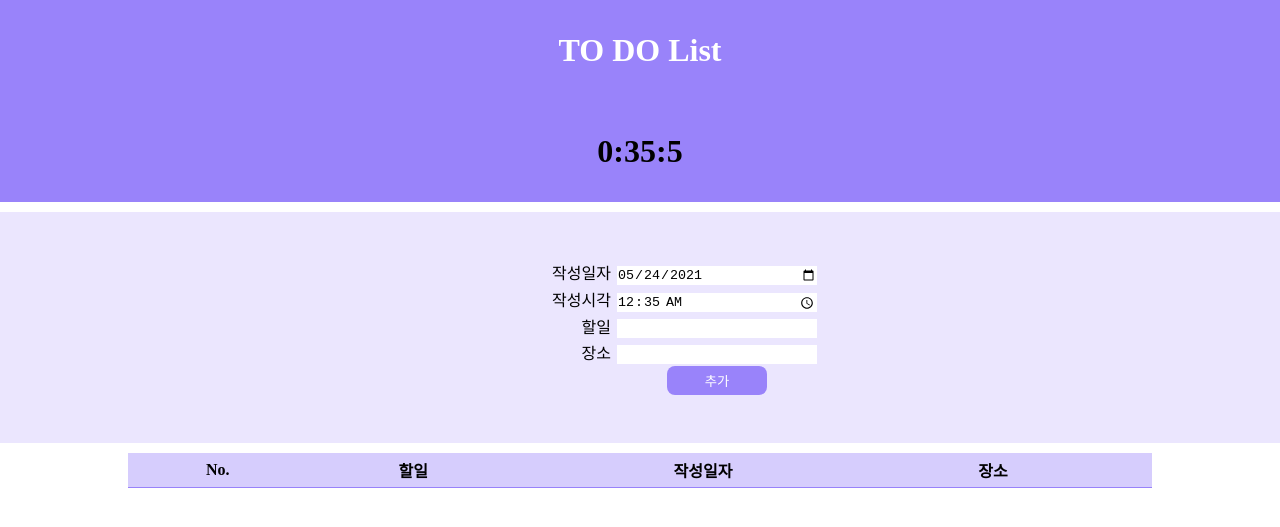
Repository: soyeon-noh/TodoList_Project
Page: http://localhost/Server_PR_TodoList/
An editor plug-in stored every save of this project. The page is shown before and after the next save, followed by the edit.
The browser window is 1280 px wide. The pictures show the whole page.
The page is served by Tomcat 9. Other server files are loaded and not shown. Queries for data that is not in the repository find no rows.

Above is the page before, as saved 2021-05-25 04:31:17.

### Server_PR_TodoList/src/main/webapp/WEB-INF/views/home.jsp
<%@ page language="java" contentType="text/html; charset=UTF-8"
    pageEncoding="UTF-8"%>
<%@ taglib uri="http://java.sun.com/jsp/jstl/core"
			prefix="c"%>
<c:set value="${pageContext.request.contextPath}"
		var="rootPath"/>
<!DOCTYPE html>
<html>
<head>
<meta charset="UTF-8">
<title>TODOList 메인화면</title>
<link href="${rootPath}/static/css/home.css?ver3" rel="stylesheet"/>

<style>

</style>


</head>
  <body>
  	<%@ include file="/WEB-INF/views/include_nav.jsp" %>
    <form class ="v1" method="POST">
    	<div>
    		<label for="date">작성일자</label>
    		<input name="td_date"
    				type="date" value="${TD.td_date}">
    	</div>

    	<div>
    		<label for="time">작성시각</label>
    		<input name="td_time"
    				type="time" value="${TD.td_time}">
    	</div>

    	<div>
    		<label for="todo">할일</label>
    		<input name="td_todo"
    				type="text" value="${TD.td_todo}">
    	</div>

    	<div>
    		<label for="place">장소</label>
    		<input name="td_place"
    				type="text" value="${TD.td_place}">
    	</div>
    	<div>
    		<label></label>
   			<button class="btn_insert">추가</button>
		</div>
    </form>

    <table id="tdlist">
      <tr>
        <th>No.</th>
        <th>할일</th>
        <th>작성일자</th>
        <th>장소</th>
        <th></th>
      </tr>
      <c:forEach items="${TDLIST}" var="TD" varStatus="i">
        <tr>
          <td>${i.count}</td>
          <td>${TD.td_todo}</td>
          <td>${TD.td_date}</td>
          <td>${TD.td_place}</td>
          <td><button class="btn_update" data-seq="${TD.td_seq}" type="button">
          		수정</button>
          		<button class="btn_delete" data-seq="${TD.td_seq}" type="button">
          		삭제</button></td>
        </tr>
      </c:forEach>
    </table>
  </body>

  <script>
  // html 코드가 다 화면에 뜨고 나서 실행하라는 명렁
  // 아래 한 줄의 코드가 있어야 어디든디 script를 넣을 수 있다.
	document.addEventListener("DOMContentLoaded",function(){
		document.querySelector("table#tdlist")
		.addEventListener("click", function(ev){
			let className = ev.target.className

			if(className == "btn_delete"){

				let seq = ev.target.dataset.seq
				alert(seq + " 삭제가 완료되었습니다.");

				document
				.location
				.replace( "${rootPath}" +
						"/UD/delete?td_seq="
						+ seq )

			} else if(className == "btn_update"){

				let seq = ev.target.dataset.seq;

				document
				.location
				.href= "${rootPath}" +
						"/UD/update?td_seq="
						+ seq
			}

		})
	})
  </script>

</html>

### Server_PR_TodoList/src/main/webapp/WEB-INF/views/include_nav.jsp
<%@ page language="java" contentType="text/html; charset=UTF-8"
    pageEncoding="UTF-8"%>

<style>
	* {
		margin: 0;
		padding: 0;
		box-sizing: border-box;
	}

    h1.clock {
        color: black;
        text-align: center;
        background-color: rgba(153, 131, 250, 20);
        padding: 2rem;
    }

</style>
<h1>TO DO List</h1>
<h2 class="date"></h2>
<h1 class="clock"></h1>
<script>
	let date = document.querySelector(".date");

    function getDate(){
        const time = new Date();
        const year = time.getUTCFullYear();
        const month = time.getUTCMonth();
        const day = time.getUTCDay();
        date.textContent = year + "-" + month + "-" + day;
    }



	let clock = document.querySelector(".clock");

	function getTime() {
		  const time = new Date();
		  const hour = time.getHours();
		  const minutes = time.getMinutes();
		  const seconds = time.getSeconds();
		  clock.textContent = hour + ":" + minutes + ":" + seconds;


	}

	function init() {
	  setInterval(getTime, 1000);
	}

	init();
</script>

### Server_PR_TodoList/src/main/java/com/callor/todo/controller/HomeController.java
package com.callor.todo.controller;

import java.io.IOException;
import java.text.SimpleDateFormat;
import java.util.Date;
import java.util.List;

import javax.servlet.ServletException;
import javax.servlet.annotation.WebServlet;
import javax.servlet.http.HttpServlet;
import javax.servlet.http.HttpServletRequest;
import javax.servlet.http.HttpServletResponse;

import com.callor.todo.model.TodoListVO;
import com.callor.todo.service.TodoService;
import com.callor.todo.service.impl.TodoServiceImplV1;

@WebServlet("/")
public class HomeController extends HttpServlet{

	protected TodoService tdService;
	public HomeController() {
		tdService = new TodoServiceImplV1();
	}
	@Override
	protected void doGet(HttpServletRequest req, HttpServletResponse resp) throws ServletException, IOException {
		// TODO selectAll()
		List<TodoListVO> tdList = tdService.selectAll();
		req.setAttribute("TDLIST", tdList);

		// TODO insert()
		TodoListVO tdVO = new TodoListVO();

		// SimpleDateFormat : 날짜 및 시간을 형식화하고 구문 분석하는 메소드 제공
		SimpleDateFormat sd = new SimpleDateFormat("yyyy-MM-dd");
		SimpleDateFormat st = new SimpleDateFormat("HH:mm:ss");

		// 현재시간을 저장
		Date date = new Date(System.currentTimeMillis());

		// 현재 시간을 변환해 VO에 넣어준다
		tdVO.setTd_seq(0L);
		tdVO.setTd_date(sd.format(date));
		tdVO.setTd_time(st.format(date));

		req.setAttribute("TD", tdVO);

		// home.jsp 화면을 보여줘라
		RequestController.reqController(req, resp, "home");
	}
	@Override
	protected void doPost(HttpServletRequest req, HttpServletResponse resp) throws ServletException, IOException {
		// TODO insert()

		// 한글 인코딩 세팅
		req.setCharacterEncoding("UTF-8");

		// user가 입력한 data 확인
		String td_date = req.getParameter("td_date");
		String td_time = req.getParameter("td_time");
		String td_todo = req.getParameter("td_todo");
		String td_place = req.getParameter("td_place");

		TodoListVO tdVO = new TodoListVO();
		tdVO.setTd_date(td_date);
		tdVO.setTd_time(td_time);
		tdVO.setTd_todo(td_todo);
		tdVO.setTd_place(td_place);

		tdService.insert(tdVO);

		System.out.println("insert : " + tdVO);

		resp.sendRedirect("/todo");
	}

}

### Server_PR_TodoList/src/main/java/com/callor/todo/service/impl/TodoServiceImplV1.java
package com.callor.todo.service.impl;

import java.sql.Connection;
import java.sql.PreparedStatement;
import java.sql.ResultSet;
import java.sql.SQLException;
import java.util.ArrayList;
import java.util.List;

import com.callor.todo.config.DbInfo;
import com.callor.todo.config.MySQLConnection;
import com.callor.todo.model.TodoListVO;
import com.callor.todo.service.TodoService;

public class TodoServiceImplV1 implements TodoService{

	// 먼저 db와 연결
	protected Connection dbConn;

	public TodoServiceImplV1() {
		dbConn = MySQLConnection.getDBConnection();
	}


	protected List<TodoListVO> select(PreparedStatement pStr) throws SQLException{
		// TODO DB로부터 데이터를 받아와 List에 저장
		List<TodoListVO> tdList = new ArrayList<TodoListVO>();

		ResultSet rSet = pStr.executeQuery();
		while(rSet.next()) {
			TodoListVO tdVO = new TodoListVO();
			tdVO.setTd_seq(rSet.getLong(DbInfo.td_seq));
			tdVO.setTd_date(rSet.getString(DbInfo.td_date));
			tdVO.setTd_time(rSet.getString(DbInfo.td_time));
			tdVO.setTd_todo(rSet.getString(DbInfo.td_todo));
			tdVO.setTd_place(rSet.getString(DbInfo.td_place));
			tdList.add(tdVO);
		}

		// 데이터 확인
		System.out.println("select : " + tdList.toString());
		return tdList;
	}

	@Override
	public List<TodoListVO> selectAll() {
		// TODO List 전체 데이터 조회

		String sql = " SELECT * FROM tbl_todo_list ";
		sql += " ORDER BY td_date DESC, td_time DESC ";

		PreparedStatement pStr = null;

		try {
			pStr = dbConn.prepareStatement(sql);
			List<TodoListVO> tdList = this.select(pStr);
			pStr.close();

			System.out.println("selectAll : " + tdList.toString());
			return tdList;
		} catch (SQLException e) {
			// TODO Auto-generated catch block
			e.printStackTrace();
		}
		return null;
	}

	@Override
	public TodoListVO findById(Long seq) {
		// TODO 일련번호로 조회
		String sql = " SELECT * FROM tbl_todo_list ";
		sql += " WHERE td_seq = ? ";

		PreparedStatement pStr = null;

		try {
			pStr = dbConn.prepareStatement(sql);
			pStr.setLong(1, seq);

			List<TodoListVO> tdList = this.select(pStr);

			pStr.close();

			if(tdList != null && tdList.size() > 0) {
				return tdList.get(0);
			}


		} catch (SQLException e) {
			// TODO Auto-generated catch block
			e.printStackTrace();
		}
		return null;
	}

	@Override
	public List<TodoListVO> findByDate(String td_date) {
		// TODO 날짜로 조회
		String sql = " SELECT * FROM tbl_todo_list ";
		sql += " WHERE td_date = ? ";

		PreparedStatement pStr = null;

		try {
			pStr = dbConn.prepareStatement(sql);
			pStr.setString(1, td_date);

			List<TodoListVO> tdList = this.select(pStr);

			pStr.close();
			return tdList;

		} catch (SQLException e) {
			// TODO Auto-generated catch block
			e.printStackTrace();
		}
		return null;
	}

	@Override
	public List<TodoListVO> findByTodo(String td_todo) {
		// TODO 할일내용으로 조회
		return null;
	}

	@Override
	public List<TodoListVO> findByPlace(String td_place) {
		// TODO 장소로 조회
		return null;
	}

	@Override
	public Integer insert(TodoListVO tdVO) {
		// TODO 데이터 추가

		String sql = " INSERT INTO tbl_todo_list ";
		sql += " ( ";
		sql += " td_date, ";
		sql += " td_time, ";
		sql += " td_todo, ";
		sql += " td_place) ";
		sql += " VALUES( ?,?,?,? ) ";


		// SQL 구문을 실행시키는 객체
		PreparedStatement pStr = null;

		try {
			pStr = dbConn.prepareStatement(sql);
			pStr.setString(1, tdVO.getTd_date());
			pStr.setString(2, tdVO.getTd_time());
			pStr.setString(3, tdVO.getTd_todo());
			pStr.setString(4, tdVO.getTd_place());

			return pStr.executeUpdate();

		} catch (SQLException e) {
			// TODO Auto-generated catch block
			e.printStackTrace();
		}
		return null;
	}


	@Override
	public Integer update(TodoListVO tdVO) {
		// TODO 데이터 업데이트
		String sql = " UPDATE tbl_todo_list SET ";
		sql += " td_date = ?, ";
		sql += " td_time = ?, ";
		sql += " td_todo = ?, ";
		sql += " td_place = ? ";

		sql += " WHERE td_seq = ? ";

		PreparedStatement pStr = null;

		try {
			pStr = dbConn.prepareStatement(sql);
			pStr.setString(1, tdVO.getTd_date());
			pStr.setString(2, tdVO.getTd_time());
			pStr.setString(3, tdVO.getTd_todo());
			pStr.setString(4, tdVO.getTd_place());

			pStr.setLong(5, tdVO.getTd_seq());
			return pStr.executeUpdate();

		} catch (SQLException e) {
			// TODO Auto-generated catch block
			e.printStackTrace();
		}

		return null;
	}

	@Override
	public Integer delete(Long seq) {
		// TODO 데이터 삭제

		String sql = " DELETE FROM tbl_todo_list ";
		sql += "WHERE td_seq = ?";

		PreparedStatement pStr = null;

		try {
			pStr = dbConn.prepareStatement(sql);
			pStr.setLong(1, seq);
			return pStr.executeUpdate();

		} catch (SQLException e) {
			// TODO Auto-generated catch block
			e.printStackTrace();
		}
		return null;
	}
}

### Server_PR_TodoList/src/main/java/com/callor/todo/config/MySQLConnection.java
package com.callor.todo.config;

import java.sql.Connection;
import java.sql.DriverManager;
import java.sql.SQLException;

public class MySQLConnection {

	private static Connection dbConn;

	static {

		String jdbcDriver = "com.mysql.cj.jdbc.Driver";
		String url = "jdbc:mysql://localhost:3306/todolist";
		String username = "tdUser";
		String password = "12345";

		try {
			Class.forName(jdbcDriver);
			if(dbConn == null) {
				dbConn = DriverManager.getConnection(url, username, password);
			}
			System.out.println("MySQL 접속 성공!!");
		} catch (ClassNotFoundException e) {
			System.out.println("MySQL Driver 를 찾을 수 없음");
		} catch (SQLException e) {
			System.out.println("MySQL DBMS 연결 실패");
		}
	}

	public static Connection getDBConnection() {
		return dbConn;
	}

}

### Server_PR_TodoList/src/main/java/com/callor/todo/model/TodoListVO.java
package com.callor.todo.model;

import lombok.AllArgsConstructor;
import lombok.Getter;
import lombok.NoArgsConstructor;
import lombok.Setter;
import lombok.ToString;

@Getter
@Setter
@ToString
@NoArgsConstructor
@AllArgsConstructor
public class TodoListVO {

	private Long td_seq;	//BIGINT
    private String td_date;	//VARCHAR(20)
    private String td_time;	//VARCHAR(20)
	private String td_todo;	//VARCHAR(200)
    private String td_place;	//VARCHAR(125)
}

### Server_PR_TodoList/src/main/java/com/callor/todo/controller/RequestController.java
package com.callor.todo.controller;

import java.io.IOException;

import javax.servlet.ServletException;
import javax.servlet.http.HttpServlet;
import javax.servlet.http.HttpServletRequest;
import javax.servlet.http.HttpServletResponse;

public class RequestController extends HttpServlet{

	public static void reqController (HttpServletRequest req,
			HttpServletResponse resp, String file) throws ServletException, IOException {

		String root = "/WEB-INF/views/" + file + ".jsp";

		req.getRequestDispatcher(root)
		.forward(req, resp);


	}

}

### Server_PR_TodoList/src/main/webapp/static/css/home.css
@charset "UTF-8";

/* 여백 초기화 */
* {
	margin: 0;
	padding: 0;
	box-sizing: border-box;
}

h1 {
	color: white;
	text-align: center;
	background-color: rgba(153,131,250,1);
	padding: 2rem;

}

form.v1 {
	background-color: rgba(153,131,250,0.2);
	padding: 3rem 5rem 3rem 5rem;
	margin: 10px auto;
}

form.v1 div {
	text-align: center;
}

form.v1 div label{
	display: inline-block;

	width: 150px;
	text-align: right;
}

form.v1 input{
	width: 200px;
	border: 1px;
	height: 1.2rem;
	margin: 2px;
}

form.v1 div button{
		outline: 0;
		border: 0;
		width: 100px;
		color: white;
		padding: 5px;
		background-color: rgba(153,131,250,1);
		border-radius: 8px;

		margin :  0 auto;

}

table {
	border-collapse: collapse;
	width: 80%;
	margin: 10px auto;
}

td, th {
	border-bottom: 1px solid #9882FA;
	padding: 5px;
	text-align: center;
}

th {
	background-color: rgba(153,131,250,0.4);
}

After the next save:
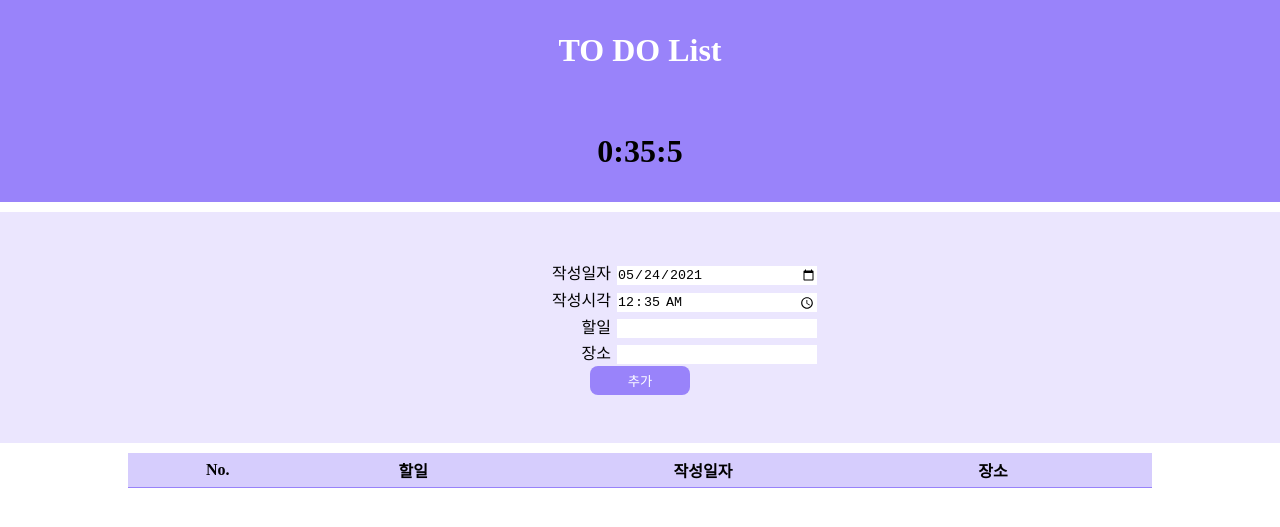
Saved 11 s later.
--- a/Server_PR_TodoList/src/main/webapp/WEB-INF/views/home.jsp
+++ b/Server_PR_TodoList/src/main/webapp/WEB-INF/views/home.jsp
@@ -44,7 +44,6 @@
     				type="text" value="${TD.td_place}">
     	</div>
     	<div>
-    		<label></label>
    			<button class="btn_insert">추가</button>
 		</div>
     </form>

After the 2 saves that followed:
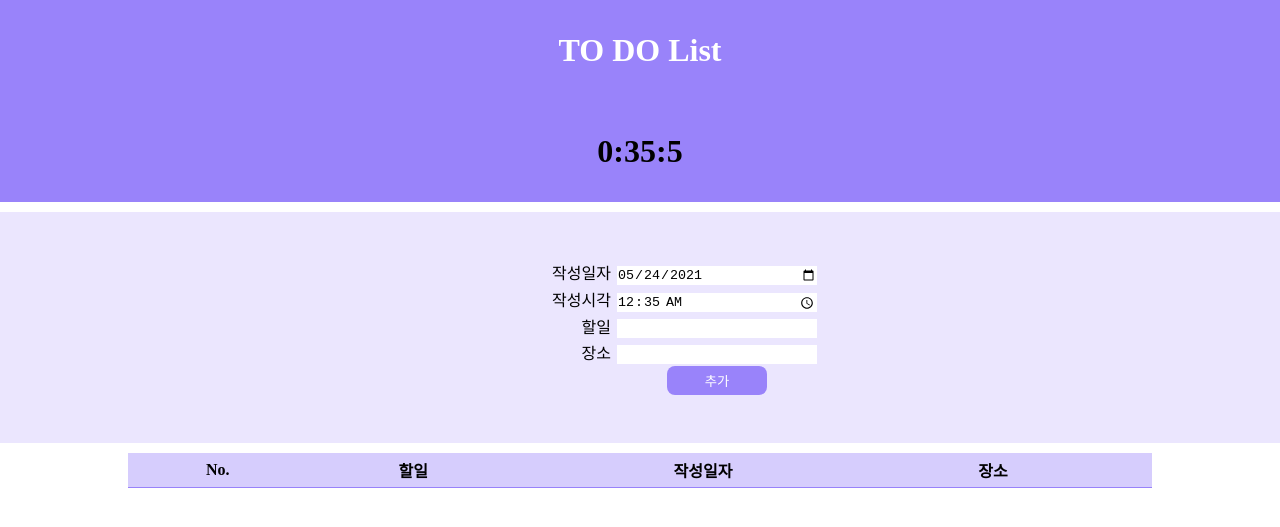
The 2 saves are shown as one change because 1 left the picture as it was.
The last was saved 48 s later.
--- a/Server_PR_TodoList/src/main/webapp/WEB-INF/views/home.jsp
+++ b/Server_PR_TodoList/src/main/webapp/WEB-INF/views/home.jsp
@@ -44,6 +44,7 @@
     				type="text" value="${TD.td_place}">
     	</div>
     	<div>
+    		<label></label>
    			<button class="btn_insert">추가</button>
 		</div>
     </form>
--- a/Server_PR_TodoList/src/main/webapp/static/css/home.css
+++ b/Server_PR_TodoList/src/main/webapp/static/css/home.css
@@ -48,7 +48,6 @@ form.v1 div button{
 		background-color: rgba(153,131,250,1);
 		border-radius: 8px;
 
-		margin :  0 auto;
 
 }
 
